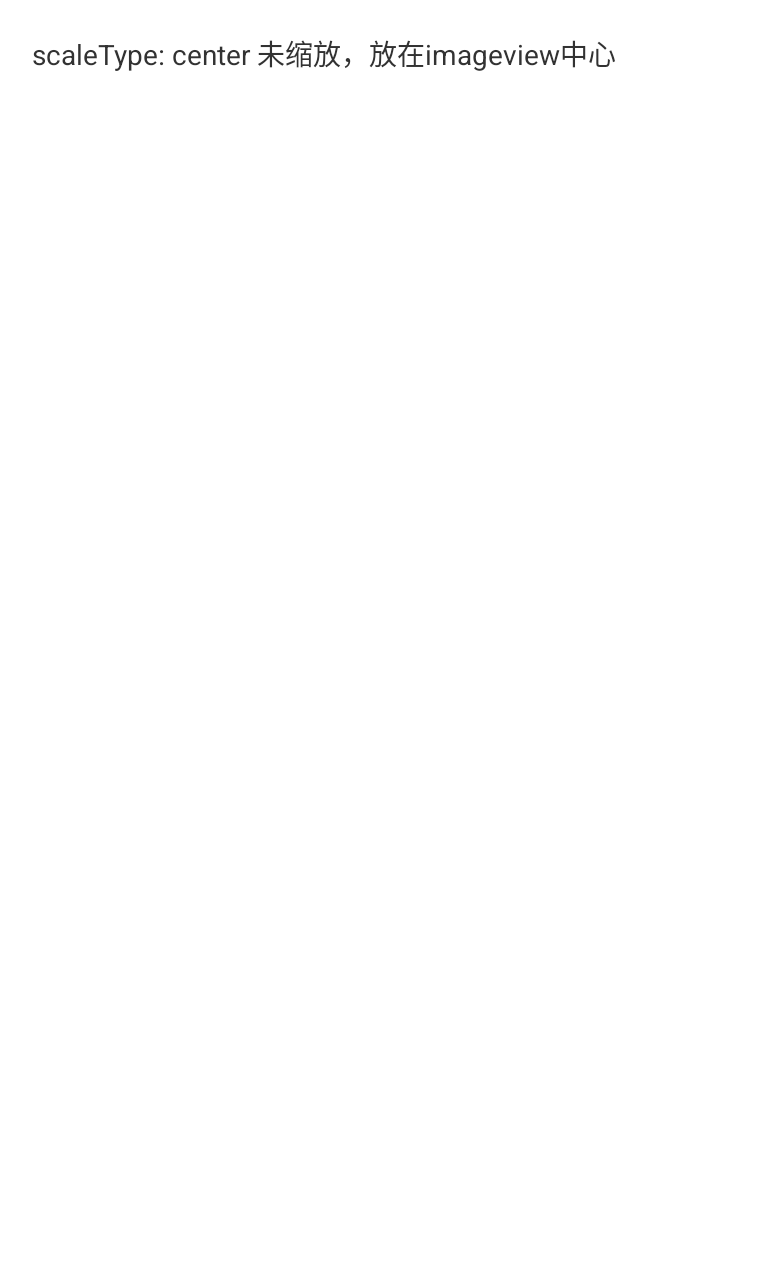
Repository: PunkAndroid/Android
Layout: android_baseimageview/res/layout/fragment_main.xml
An editor plug-in stored every save of this project. The layout is shown before and after the next save, followed by the edit.
It is drawn on a 768 x 1280 px phone screen (xhdpi) without system bars, with theme AppTheme; the app's code is not run.

Above is the layout before, as saved 2014-09-24 01:13:04.

After the next save:
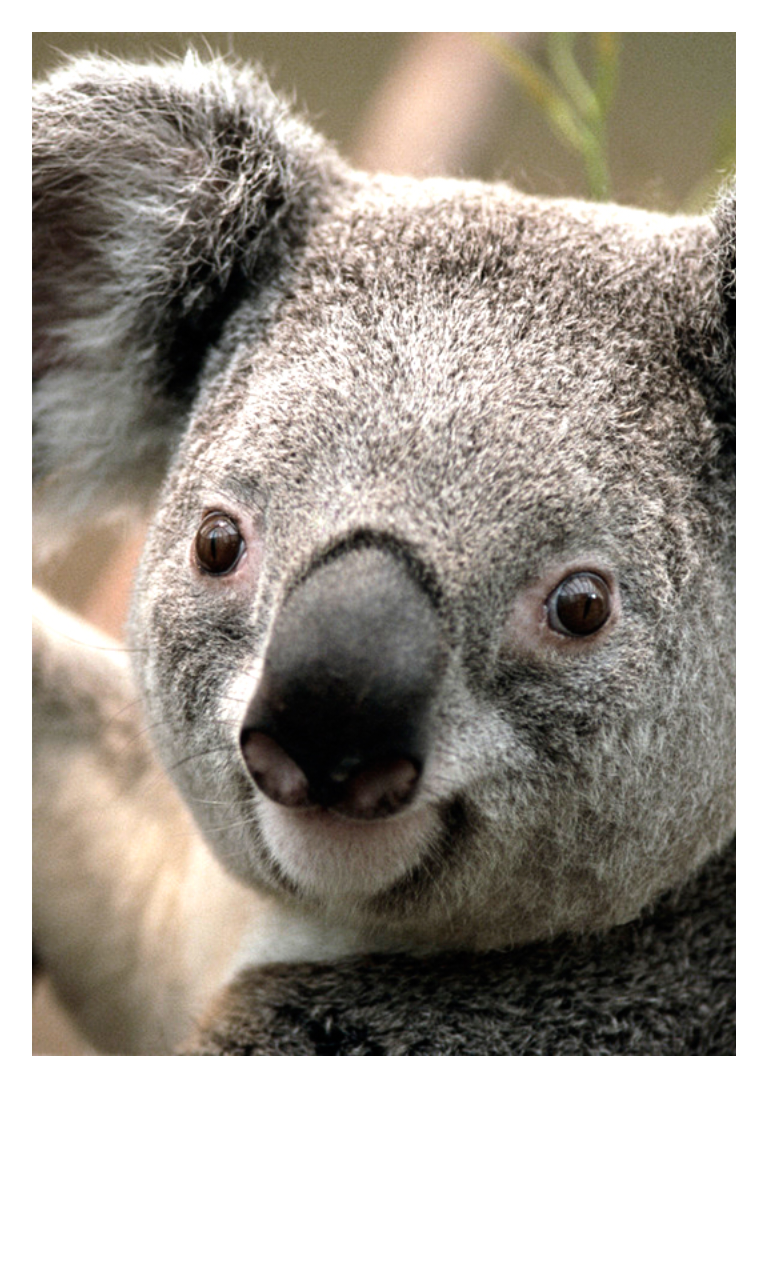
Saved 9 s later.
--- a/android_baseimageview/res/layout/fragment_main.xml
+++ b/android_baseimageview/res/layout/fragment_main.xml
@@ -18,7 +18,7 @@
         android:layout_width="wrap_content"
         android:layout_height="wrap_content"
         android:background="#F00"
-        android:src="@drawable/"
+        android:src="@drawable/koala"
         android:scaleType="center"></ImageView>
 
 </RelativeLayout>
